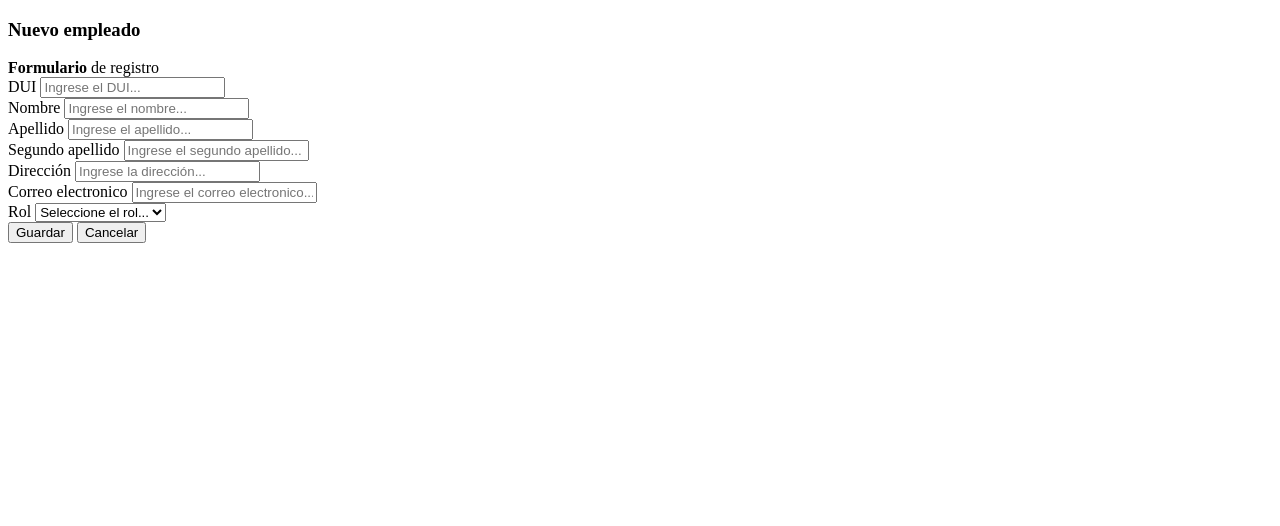
Repository: Julio-Sama/jacquis_system
Page: src/main/resources/templates/nuevo_empleado.html
These files come from the project's save history. The page is drawn as it stood at one moment and after the next save; the edit follows.
The browser window is 1280 px wide. The pictures show the whole page.

Above is the page before, as saved 2023-10-08 22:01:57.

After the next save:
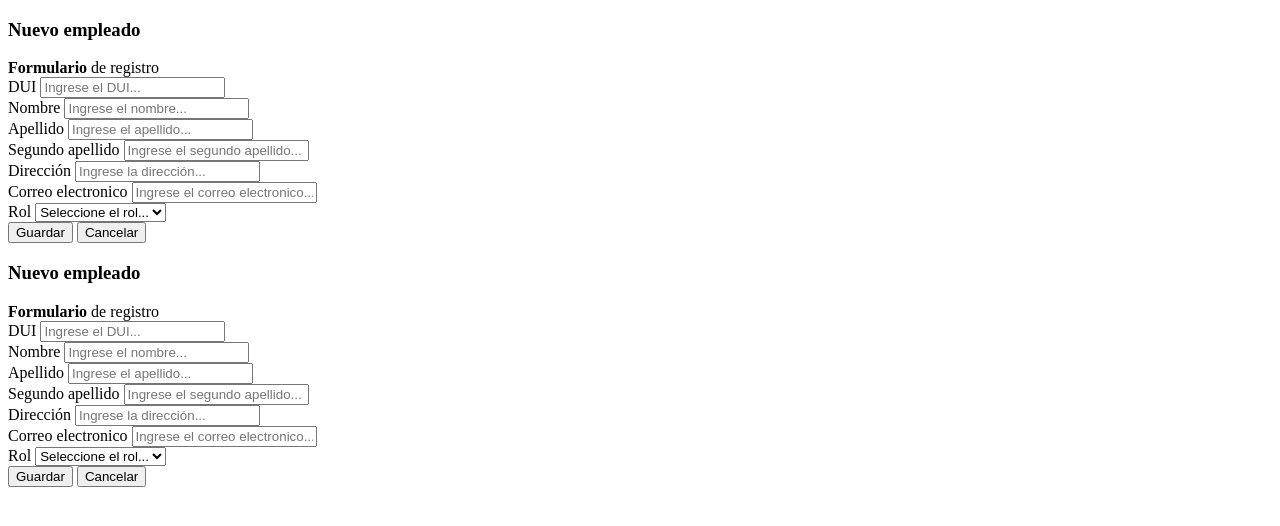
Saved 19 h 27 min later.
--- a/src/main/resources/templates/nuevo_empleado.html
+++ b/src/main/resources/templates/nuevo_empleado.html
@@ -1,3 +1,99 @@
+<!DOCTYPE html>
+<html lang="es" xmlns:th="https://www.thymeleaf.org">
+
+<head>
+    <meta charset="UTF-8">
+</head>
+
+<body>
+    <div th:fragment="content-empleado" class="container-fluid">
+        <!-- AQUI VA LA TABLA -->
+        <div class="row">
+            <div class="col-md-12">
+                <!-- DATA TABLE -->
+                <!-- Pongo el breadcrumbs? -->
+                <h3 class="title-5 m-b-25">Nuevo empleado</h3>
+
+                <!-- Formulario de registro de nuevo empleado -->
+                <div class="card">
+                    <div class="card-header">
+                        <strong>Formulario</strong> de registro
+                    </div>
+                    <div class="card-body card-block">
+                        <form th:action="@{/empleados}" th:object="${empleados}" method="POST">
+                            <div class="form-group">
+                                <label for="dui" class="form-control-label"> DUI </label>
+                                <!-- Documento Unico de Identidad-->
+                                <input type="text" th:field="*{duiEmpleado}" name="dui" id="dui"
+                                    placeholder="Ingrese el DUI..." class="form-control"
+                                    data-inputmask="'mask': '99999999-9'">
+                            </div>
+                            <div class="form-group">
+                                <label for="nombre" class=" form-control-label">Nombre</label>
+                                <input type="text" th:field="*{nombre}" name="nombre" id="nombre"
+                                    placeholder="Ingrese el nombre..." class="form-control">
+                                <!-- <input type="email" id="nf-email" name="nf-email" placeholder="Enter Email.." class="form-control"> -->
+                                <!-- <span class="help-block">Please enter your email</span> -->
+                            </div>
+                            <div class="form-group">
+                                <label for="apellido" class=" form-control-label">Apellido</label>
+                                <input type="text" th:field="*{apellido}" name="apellido" id="apellido"
+                                    placeholder="Ingrese el apellido..." class="form-control">
+                            </div>
+                            <div class="form-group">
+                                <label for="apellido2" class="form-control-label">Segundo apellido</label>
+                                <input type="text" th:field="*{apellido_dos}" name="apellido2" id="apellido2"
+                                    placeholder="Ingrese el segundo apellido..." class="form-control">
+                            </div>
+                            <div class="form-group">
+                                <label for="direccion" class=" form-control-label">Dirección</label>
+                                <input type="text" th:field="*{direccion}" name="direccion" id="direccion"
+                                    placeholder="Ingrese la dirección..." class="form-control">
+                            </div>
+                            <div class="form-group">
+                                <label for="correo" class="form-control-label"> Correo electronico</label>
+                                <input type="email" th:field="*{correo_empleado}" name="correo" id="correo"
+                                    placeholder="Ingrese el correo electronico..." class="form-control">
+                            </div>
+                            <!-- <div class="form-group">
+                                <label for="telefono" class="form-control-label"> Telefono</label>
+                                <input type="text" name="telefono" id="telefono" placeholder="Ingrese el telefono..."
+                                    class="form-control">
+                            </div> -->
+                            <!-- <div class="form-group">
+                                <label for="estado" class="form-control-label">Estado</label>
+                                <select name="estado" id="estado" class="form-control" th:field="*{estado_empleado}">
+                                    <option value="0">Seleccione el estado...</option>
+                                    <option value="ACTIVO">Activo</option>
+                                    <option value="INACTIVO">Inactivo</option>
+                                </select>
+                            </div> -->
+                            <div class="form-group">
+                                <label for="rol" class="form-control-label">Rol</label>
+                                <select name="rol" id="rol" class="form-control" th:field="*{empleado_fk}">
+                                    <option value="0">Seleccione el rol...</option>
+                                    <option value="1">Administrador</option>
+                                    <option value="2">Empleado</option>
+                                </select>
+                            </div>
+                            <div class="card-footer">
+                                <button type="submit" class="btn btn-primary btn-sm">
+                                    <i class="fa fa-dot-circle-o"></i> Guardar
+                                </button>
+                                <button type="reset" class="btn btn-danger btn-sm">
+                                    <i class="fa fa-ban"></i> Cancelar
+                                </button>
+                            </div>
+                        </form>
+                    </div>
+                </div>
+            </div>
+        </div>
+    </div>
+
+</body>
+
+</html>
 <!DOCTYPE html>
 <html lang="es" xmlns:th="https://www.thymeleaf.org">
 
